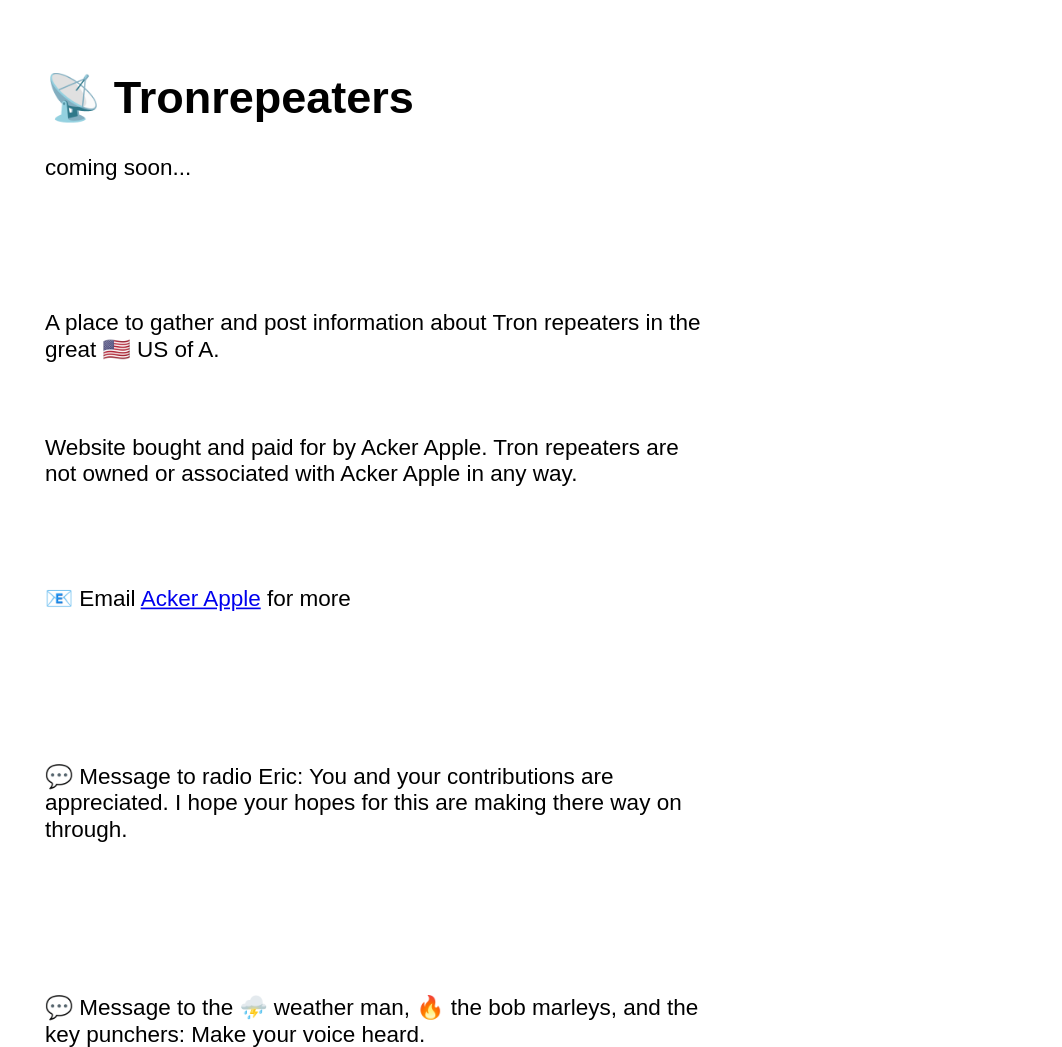
Repository: AckerApple/tronrepeaters
Page: index.html
An editor plug-in stored every save of this project. The page is shown before and after the next save, followed by the edit.
The browser window is 1280 px wide. The pictures show the whole page, at 83% of full size.

Above is the page before, as saved 2025-01-15 13:53:47.

After the next save:
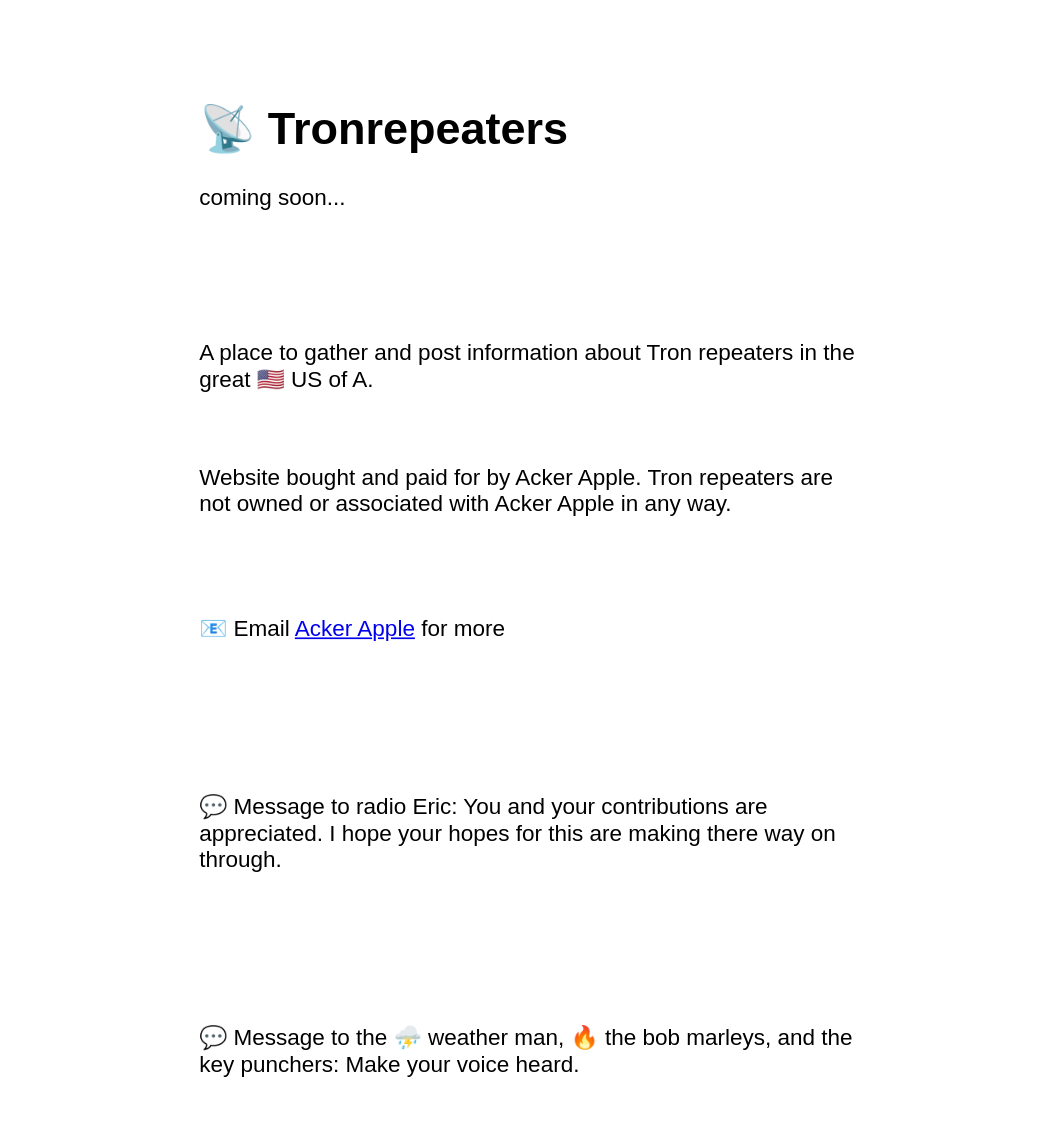
Saved 29 s later.
--- a/index.html
+++ b/index.html
@@ -20,19 +20,21 @@
 </head>
 <body>
   <noscript style="color:red">Javascript is required but is turned off on your device</noscript>
-  <div style="max-width: 800px;margin:2em;">
-    <h1> 📡 Tronrepeaters</h1>
-    <div>coming soon...</div>
-    <br /><br /><br /><br />
-    <p>A place to gather and post information about Tron repeaters in the great 🇺🇸 US of A.</p>
-    <br />
-    <p>Website bought and paid for by Acker Apple. Tron repeaters are not owned or associated with Acker Apple in any way.</p>
-    <br /><br />
-    <p>📧 Email <a href="mailto:me@ackerapple.com?subject=TronRepeaters">Acker Apple</a> for more</p>
-    <br /><br /><br /><br />
-    <p>💬 Message to radio Eric: You and your contributions are appreciated. I hope your hopes for this are making there way on through.</p>
-    <br /><br /><br /><br />
-    <p>💬 Message to the ⛈️ weather man, 🔥 the bob marleys, and the key punchers: Make your voice heard.</p>
+  <div style="display: flex;justify-content: center;">
+    <div style="max-width: 800px;margin:2em;">
+      <h1> 📡 Tronrepeaters</h1>
+      <div>coming soon...</div>
+      <br /><br /><br /><br />
+      <p>A place to gather and post information about Tron repeaters in the great 🇺🇸 US of A.</p>
+      <br />
+      <p>Website bought and paid for by Acker Apple. Tron repeaters are not owned or associated with Acker Apple in any way.</p>
+      <br /><br />
+      <p>📧 Email <a href="mailto:me@ackerapple.com?subject=TronRepeaters">Acker Apple</a> for more</p>
+      <br /><br /><br /><br />
+      <p>💬 Message to radio Eric: You and your contributions are appreciated. I hope your hopes for this are making there way on through.</p>
+      <br /><br /><br /><br />
+      <p>💬 Message to the ⛈️ weather man, 🔥 the bob marleys, and the key punchers: Make your voice heard.</p>
+    </div>
   </div>
 </body>
 </html>
